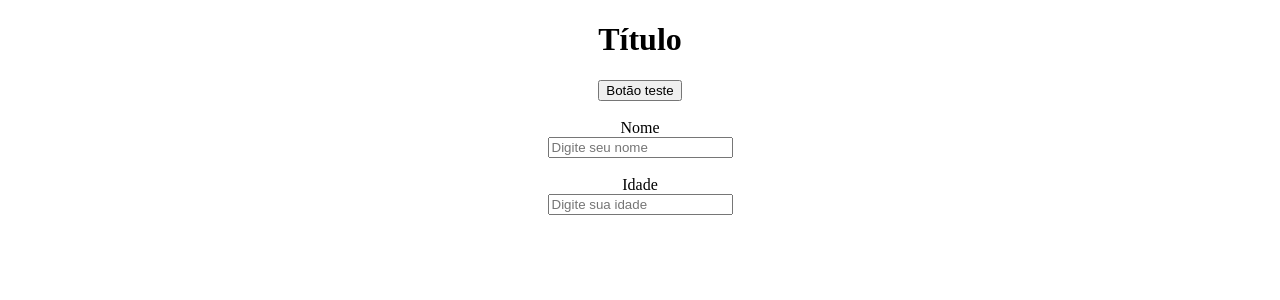
Repository: Gabrielb0rn/Java-script.io
Page: 5quintaaula 2606/index.html
The author's editor kept a copy of each file at every save. The page is drawn from the files as they stood at one save, then again after the next save.
The browser window is 1280 px wide. The pictures show the whole page.

Above is the page before, as saved 2024-06-26 11:52:51.

After the next save:
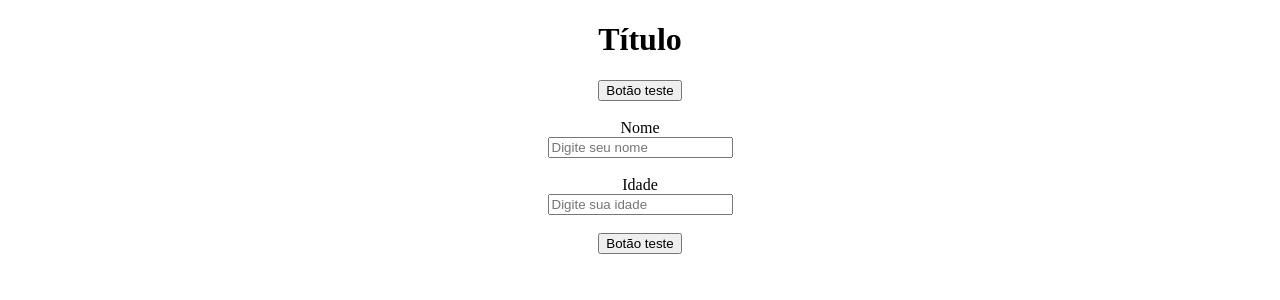
Saved 7 s later.
--- a/5quintaaula 2606/index.html
+++ b/5quintaaula 2606/index.html
@@ -18,6 +18,7 @@
     <br>
     <input id="idade" type="number" placeholder="Digite sua idade">
     <br><br>
+    <button onclick="botao()">Botão teste</button>
 
 
     <script src="assets/scripts.js"></script>
